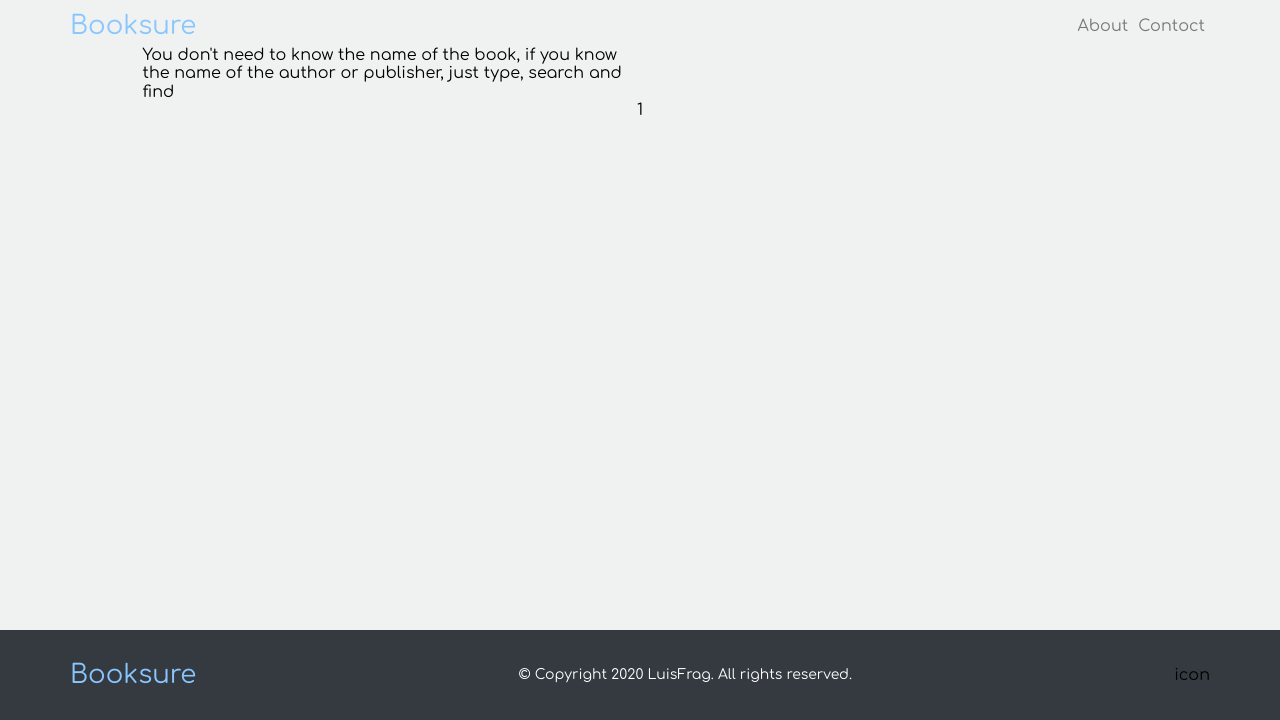
Repository: changesxxx/searchBooks
Page: /search
An editor plug-in stored every save of this project. The page is shown before and after the next save, followed by the edit.
The browser window is 1280 px wide. The pictures show the whole page.
The project was rebuilt for these pictures with package versions that can differ from the ones it lists, and the page was loaded fresh each time. Also part of the build but not shown: craco.config.js.

Above is the page before, as saved 2024-06-24 17:45:16.

After the next save:
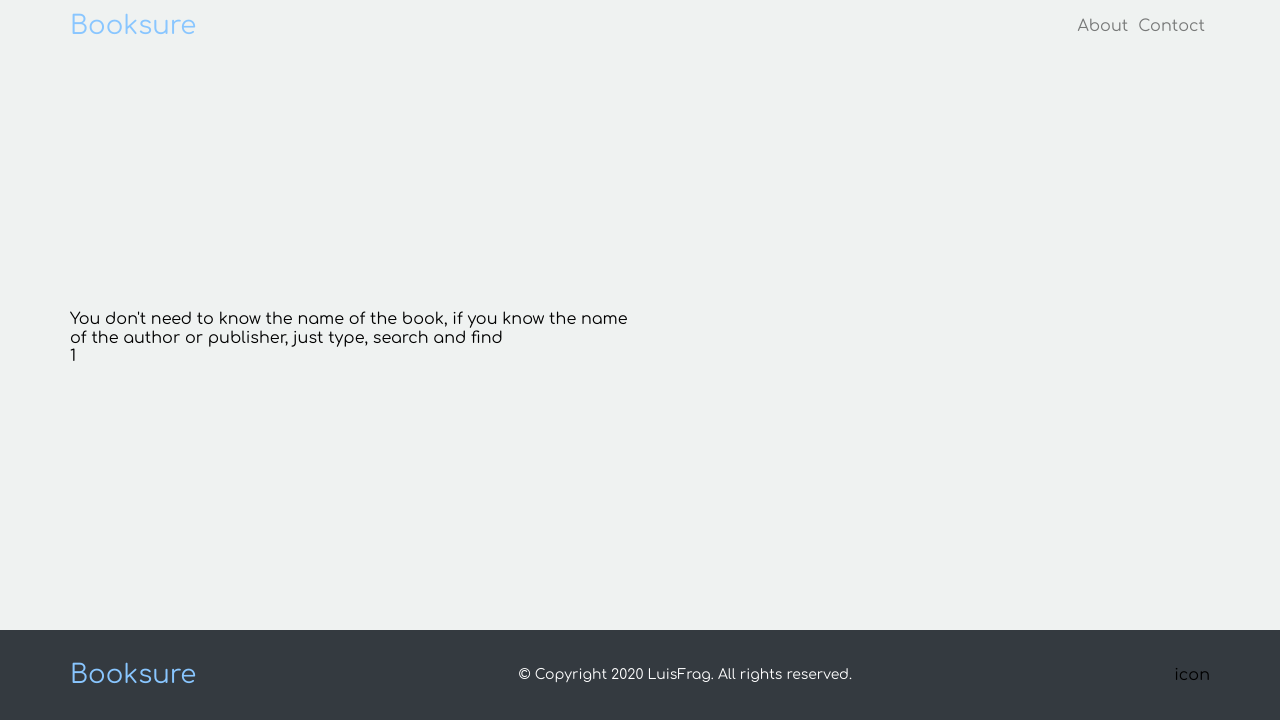
Saved 10 s later.
--- a/src/view/search/style.js
+++ b/src/view/search/style.js
@@ -4,7 +4,7 @@ const searchWrapper = styled.div`
   flex: 1;
   display: flex;
   flex-direction: column;
-  align-items: center;
+  justify-content: center;
 
   .describe {
     display: flex;
